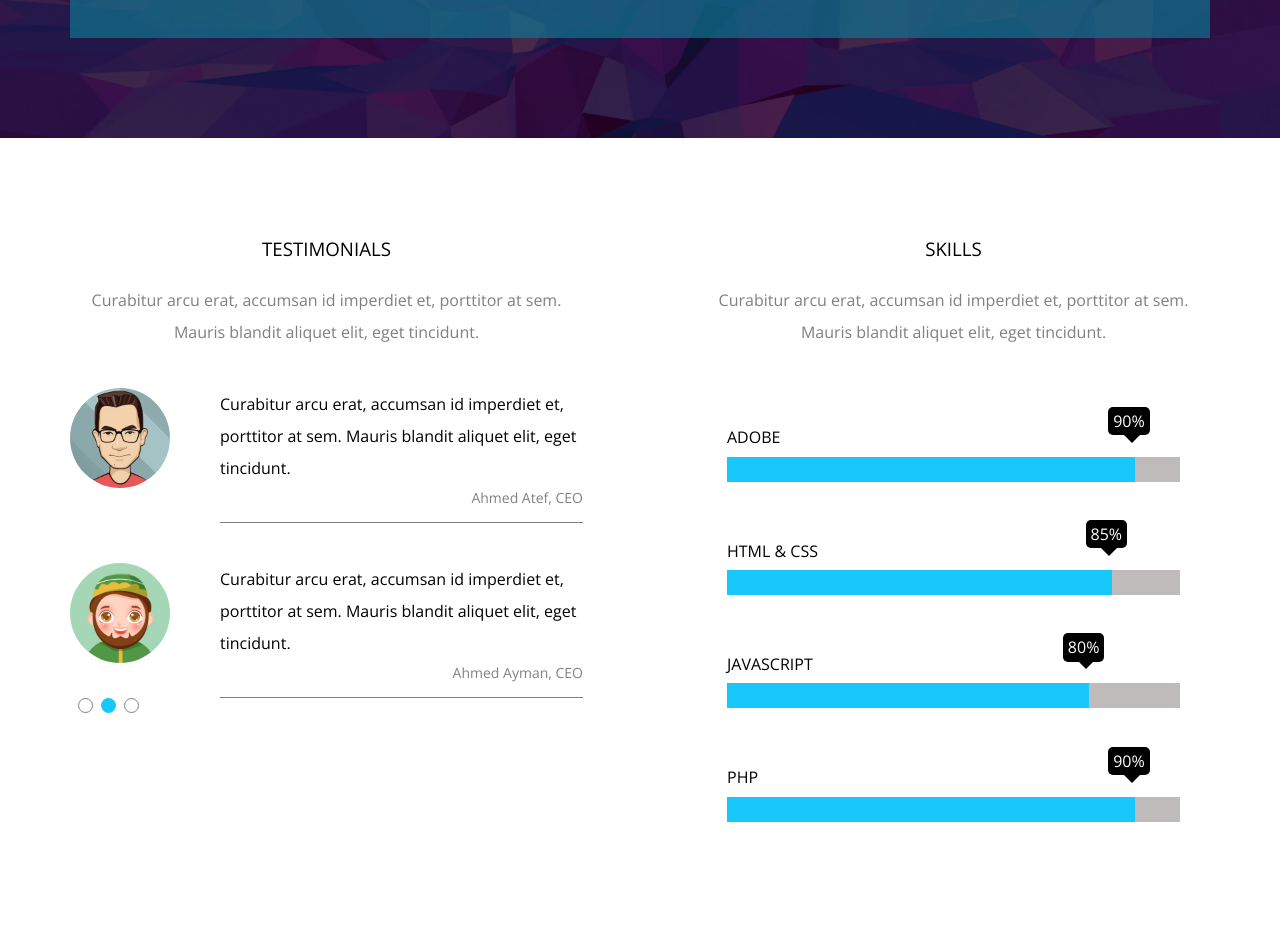
Repository: Ahmed123rezk123/Template_2
Page: index.html
These files come from the project's save history. The page is drawn as it stood at one moment and after the next save; the edit follows.
The browser window is 1280 px wide. The pictures show the part of the page from y = 4915 to 5867 px (the page is 5867 px tall).
A picture or video elsewhere on the page could not be fetched, so the positions and the page height are approximate. Some web fonts or font styles are not loaded; a fallback is used.

Above is the page before, as saved 2024-04-15 19:17:06.

After the next save:
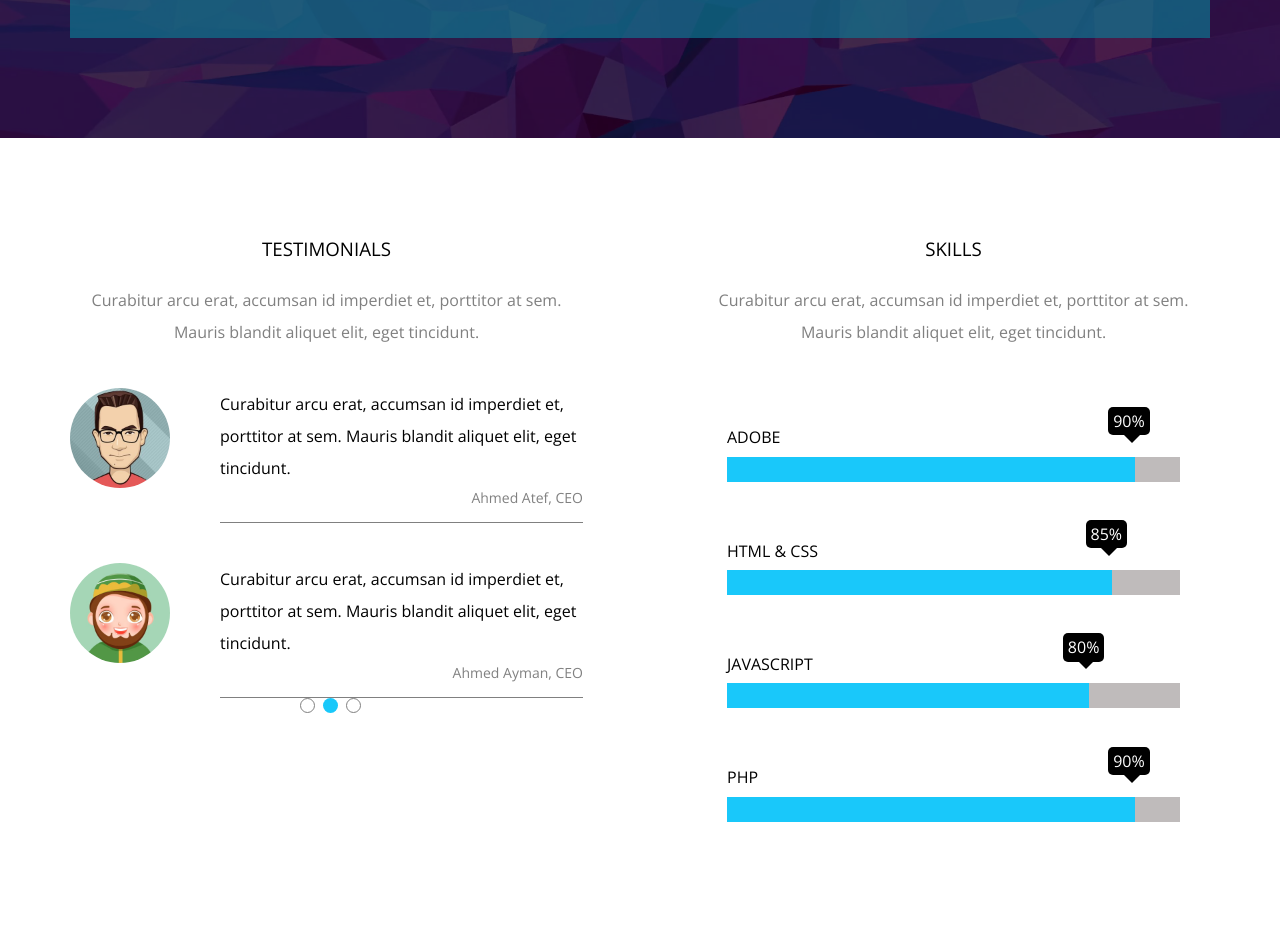
Saved 5 s later.
--- a/css/kasper.css
+++ b/css/kasper.css
@@ -714,7 +714,8 @@ margin-right: 50px;
 
 .our-skills .container .testimonial .bullets {
         display: flex;
-        justify-content: ;
+        justify-content: center;
+        align-items: center;
 }
 .our-skills .container .testimonial  .bullets li {
     width: 15px;
